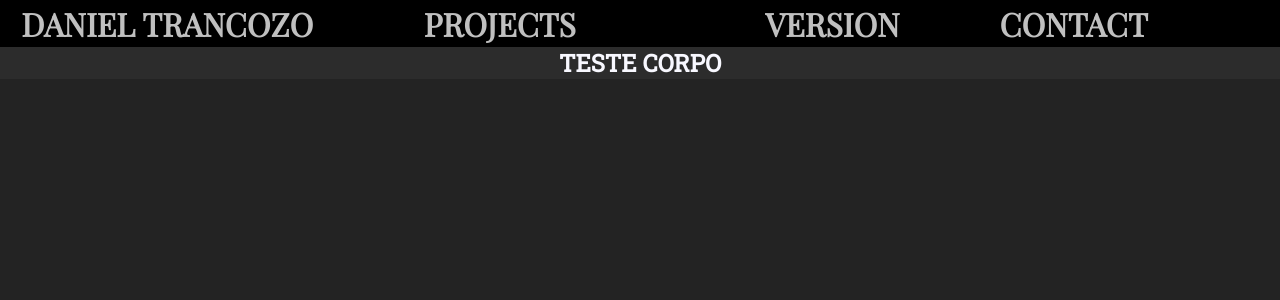
Repository: danieltrancozo/danieltrancozo.github.io
Page: index.html
An editor plug-in stored every save of this project. The page is shown before and after the next save, followed by the edit.
The browser window is 1280 px wide. The pictures show the whole page.

Above is the page before, as saved 2021-05-04 22:38:58.

### index.html
<!DOCTYPE html>
<meta charset="UFT-8">
<meta name="lenguage" content="pt-br">
<meta name="autor" content="Daniel Trancozo Vianna">
<meta name="description" content="Portifolio de Desenvolvedor Web">
<meta name="keywords" content="HTML, CSS, JS, web development, portifolio">
<html>

<head>
    <title>Minha P&aacutegina</title>
    <link rel="stylesheet" type="text/css" href="css/estilo3.css">
    <link rel="preconnect" href="https://fonts.gstatic.com">
    <link href="https://fonts.googleapis.com/css2?family=Playfair+Display&family=Roboto+Slab&display=swap" rel="stylesheet">
    <script>
    </script>
</head>
<body>
    <div class="container">
        <div class="cab">
            <h1 style="text-transform: uppercase;">
                <table class="menu">
                    <tr>
                        <td>Daniel Trancozo</td>
                        <td>projects</td>
                        <td>version</td>
                        <td>contact</td>
                    </tr>
                </table>
            </h1>
        </div>
        <div class="corp">
            <h2 style="text-transform: uppercase;">teste corpo</h2>
        </div>
    </div>
    <div class="t2"></div>
</body>
</html>

### css/estilo3.css
@import url('https://fonts.googleapis.com/css2?family=Playfair+Display&family=Roboto+Slab&display=swap');
* {
    margin: 0;
    padding: 0;
}
body{
    background-color: rgba(0, 0, 0, 0.863);
    color: antiquewhite;
    text-align: center;
}
.container{
    background-color: transparent;
    display: flex;
    flex-direction: column;
}
.cab{
    background-color: black;
    color: silver;
    font-family: 'Playfair Display', serif;
    height: 10%;
}
.corp{
    background-color: rgb(44, 44, 44);
    color: ghostwhite;
    font-family: 'Roboto Slab', serif;
    height: 90%;
}
.t2{
    background-color: transparent;
    width: 100%;
    height: 100%;
    visibility: hidden;
}
.manu{
    width:100%;
    text-align: center;
    border-color: transparent;
}
td{
    width: 29%;
}

After the next save:
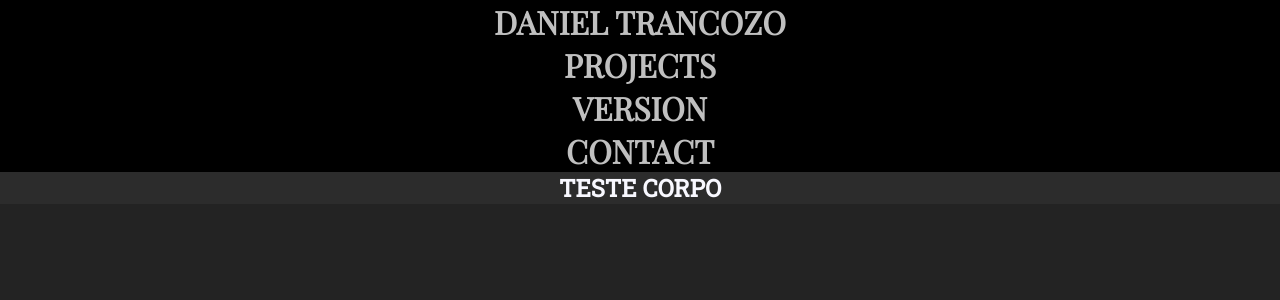
Saved 3 min 15 s later.
--- a/index.html
+++ b/index.html
@@ -18,14 +18,12 @@
     <div class="container">
         <div class="cab">
             <h1 style="text-transform: uppercase;">
-                <table class="menu">
-                    <tr>
-                        <td>Daniel Trancozo</td>
-                        <td>projects</td>
-                        <td>version</td>
-                        <td>contact</td>
-                    </tr>
-                </table>
+                <div class="menu">
+                    <div class="td" id="td1">Daniel Trancozo</div>
+                    <div class="td" id="td2">projects</div>
+                    <div class="td" id="td3">version</div>
+                    <div class="td" id="td4">contact</div>
+                </div>
             </h1>
         </div>
         <div class="corp">
